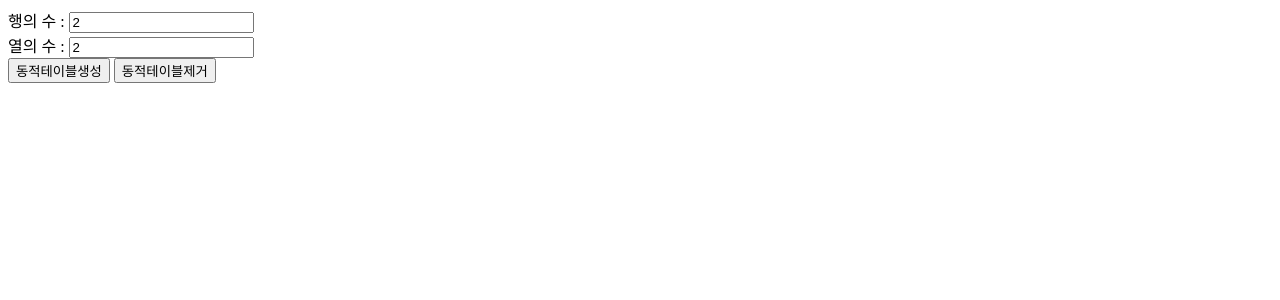
Repository: poomshen/team_03_project2
Page: JavaScript/WebContent/Ex25_Dom_Script.html
The author's editor kept a copy of each file at every save. The page is drawn from the files as they stood at one save, then again after the next save.
The browser window is 1280 px wide. The pictures show the whole page.
After loading, the first visible `input[onclick="createDomTable()"]` was clicked once.

Above is the page before, as saved 2016-09-01 00:37:40.
Console error (its wording comes from the project's code and is left out).

### JavaScript/WebContent/Ex25_Dom_Script.html
<!DOCTYPE html>
<html>
<head>
<meta charset="UTF-8">
<title>동적 테이블</title>
<style type="text/css">
table{width : 300px;}
table ,tr ,th,td{border: 1px dotted; border-collapse: collapse;}
td{background-color:purple;}
</style>
<script type="text/javascript">
		function createDomTable(){
			var intRow = parseInt(document.getElementById("txtRow").value);
			var intColumn = parseInt(document.getElementById("txtColumn").value);
			//alert(intRow + "/" +intColumn);
			/*
				<table>
					<tr><td></td><td></td></tr>
					<tr><td></td><td></td></tr>
				</table>
			*/
			var eletable = document.createElement("table");
			eletable.setAttribute("id", "Tab");
			//<table  id = "Tab"> </table>

			for(var i = 0; i<intRow ; i++){
				var elerow = document.createElement("<tr>");
				for(var j=0; j<intColumn ; j++){
					if( i == 0){
						var eCell = document.createElement("th");
						var eText = document.createTextNode((j+1)+"열");
						eCell.appendChild(eText);
						elerow.appendChild(eCell);
					}else{
						var eCell = document.createElement("td");
						var eText = document.createTextNode((j+1)+"열");
						eCell.appendChild(eText);
						elerow.appendChild(eCell);
					}
				}
				//tr 생성시
				eletable.appendChild(elerow);
			}
			//div
			document.getElementById("div").appendChild(eletable);
			}
</script>
</head>
<body>
		<div  id = "div">
				행의 수 : <input  type="text" id ="txtRow"  name="txtRow" value="2"><br>
				열의 수 : <input type="text"  id = "txtColumn" name="txtColumn" value="2"><br>
				<input type="button" value="동적테이블생성" onclick="createDomTable()">
				<input type="button" value="동적테이블제거" onclick="">
		</div>
</body>
</html>

After the next save:
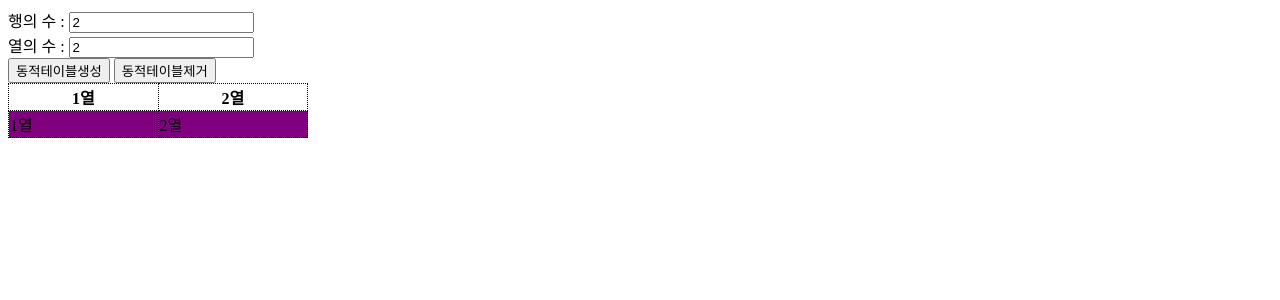
The error is gone.
Saved 41 s later.
--- a/JavaScript/WebContent/Ex25_Dom_Script.html
+++ b/JavaScript/WebContent/Ex25_Dom_Script.html
@@ -24,7 +24,7 @@ td{background-color:purple;}
 			//<table  id = "Tab"> </table>
 
 			for(var i = 0; i<intRow ; i++){
-				var elerow = document.createElement("<tr>");
+				var elerow = document.createElement("tr");
 				for(var j=0; j<intColumn ; j++){
 					if( i == 0){
 						var eCell = document.createElement("th");
